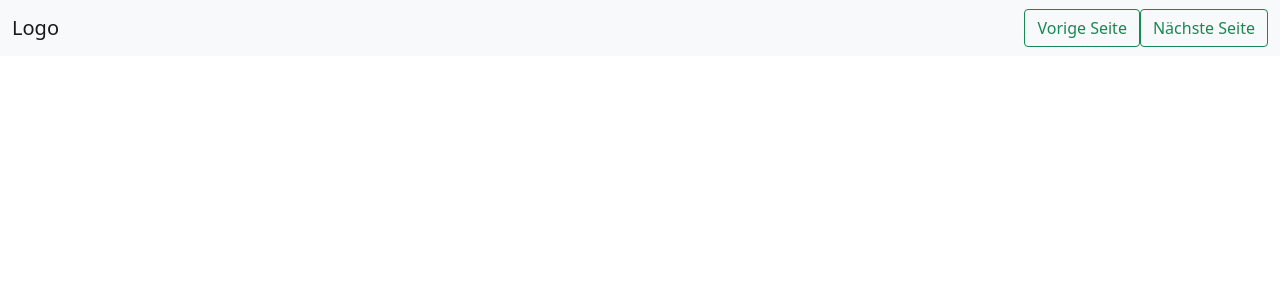
Repository: stephane71183101/Stephane-Personal-Health-Survey
Page: http://localhost/form-q01-start-page.php
The author's editor kept a copy of each file at every save. The page is drawn from the files as they stood at one save, then again after the next save.
The browser window is 1280 px wide. The pictures show the whole page.
The page is run by PHP 8.4 with error messages shown; the project is at /var/www/html/.

Above is the page before, as saved 2022-03-15 14:27:18.

After the next save:
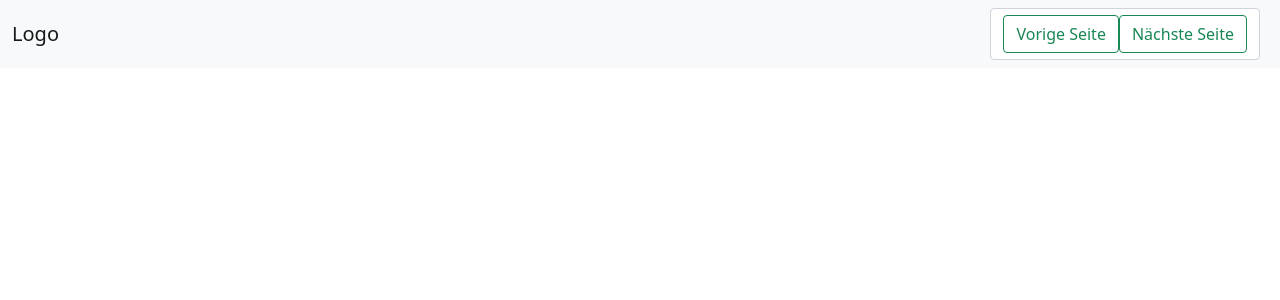
Saved 44 s later.
--- a/form-q01-start-page.php
+++ b/form-q01-start-page.php
@@ -14,7 +14,7 @@
   <div class="container-fluid">
     <a class="navbar-brand" href="#">Logo</a>
         <div class="nav justify-content-end" id="navbarNav">
-    <form class="d-flex">
+    <form class="d-flex form-control me-2">
       <button class="btn btn-outline-success" type="submit">Vorige Seite</button>
       <button class="btn btn-outline-success" type="submit">Nächste Seite</button>
     </form>
